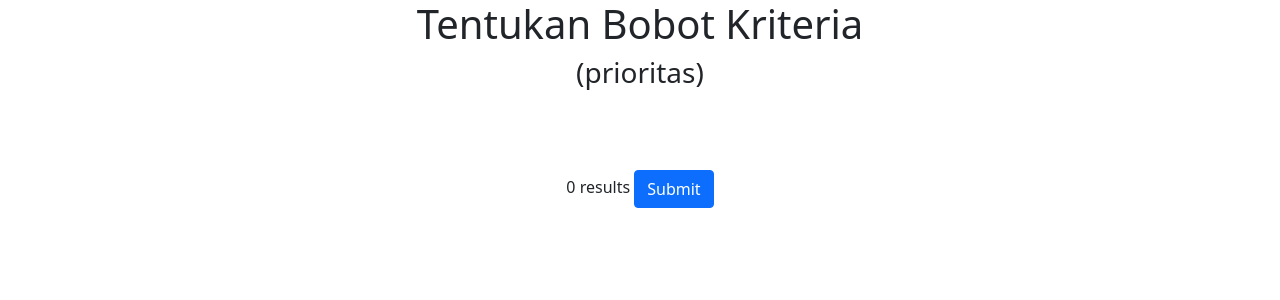
Repository: aqordeon/SPKWP
Page: http://localhost/hitungKriteria.php
The author's editor kept a copy of each file at every save. The page is drawn from the files as they stood at one save, then again after the next save.
The browser window is 1280 px wide. The pictures show the whole page.
The page is run by PHP 8.4 with error messages shown; the project is at /var/www/html/. Queries for data that is not in the repository find no rows.

Above is the page before, as saved 2021-01-01 22:16:51.

After the next save:
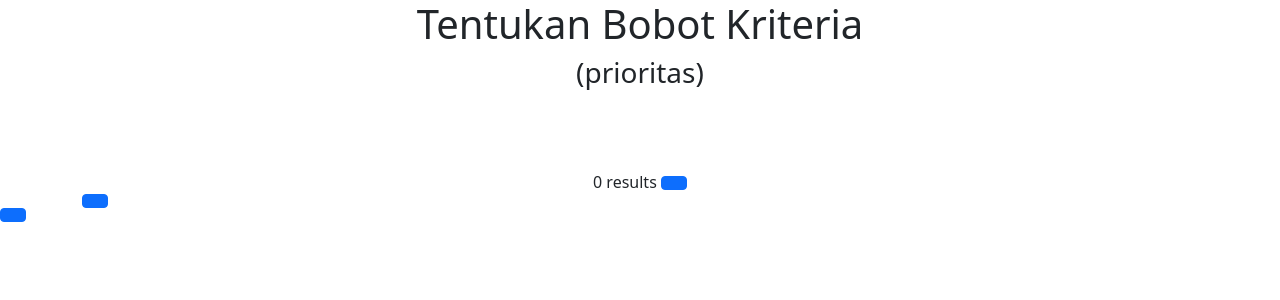
Saved 2 min 8 s later.
--- a/hitungKriteria.php
+++ b/hitungKriteria.php
@@ -51,7 +51,7 @@
                 }
 
             ?>
-        <input type='submit' class="btn btn-primary" value='Submit' name='kriteria_submit'>   <!-- mengarah ke hitung_vektor.php -->
+        <a href="hitung_vektor" type='submit' class="btn btn-primary" value='Submit' name='kriteria_submit'>   <!-- mengarah ke hitung_vektor.php -->
 
     </center>
 

After the 3 saves that followed:
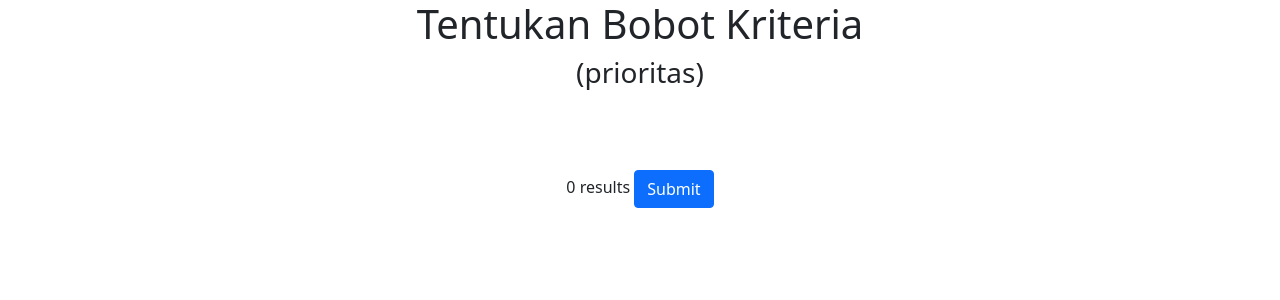
The 3 saves are shown as one change because 1 left the picture as it was and some came seconds apart.
The last was saved 32 s later.
--- a/hitungKriteria.php
+++ b/hitungKriteria.php
@@ -51,7 +51,7 @@
                 }
 
             ?>
-        <a href="hitung_vektor" type='submit' class="btn btn-primary" value='Submit' name='kriteria_submit'>   <!-- mengarah ke hitung_vektor.php -->
+        <a href="hitung_vektor" class="btn btn-primary" value='Submit' name='kriteria_submit'>Submit</a>   <!-- mengarah ke hitung_vektor.php -->
 
     </center>
 
